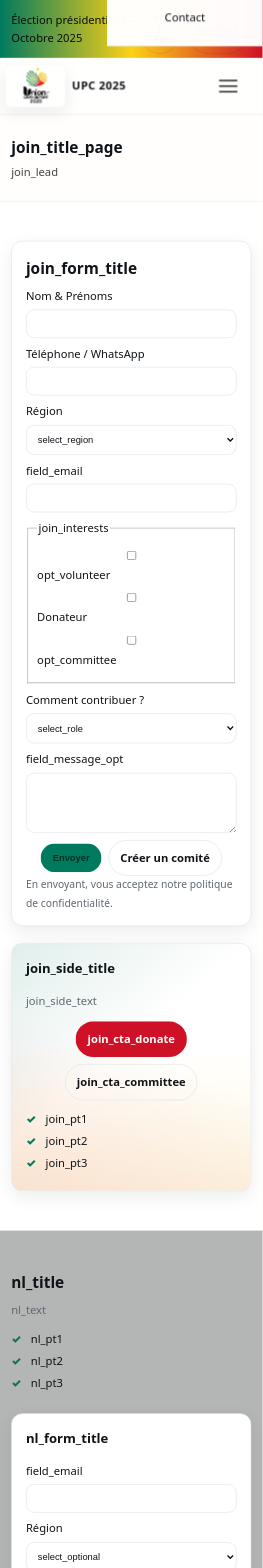
Repository: Kishny/upc2025
Page: participez.html
These files come from the project's save history. The page is drawn as it stood at one moment and after the next save; the edit follows.
The browser window is 375 px wide. The pictures show the part of the page from y = 0 to 2240 px (the page is 2693 px tall before and 2790 px after), at 70% of full size.

Above is the page before, as saved 2025-09-11 11:49:43.

### participez.html
<!DOCTYPE html>
<html lang="fr">
  <head>
    <meta charset="utf-8" />
    <meta name="viewport" content="width=device-width,initial-scale=1" />
    <title>Participez — UPC 2025</title>
    <meta
      name="description"
      content="Rejoignez la campagne : bénévolat, dons, comités de soutien. Inscrivez-vous à la newsletter pour recevoir les mises à jour."
    />
    <link rel="preload" href="assets/css/styles.css" as="style" />
    <link rel="stylesheet" href="assets/css/styles.css" />
    <link rel="icon" href="assets/img/logo.png" />
    <meta property="og:title" content="Participez — UPC 2025" />
    <meta
      property="og:description"
      content="Bénévolat, dons, comités de soutien et newsletter."
    />
    <meta name="theme-color" content="#007A5E" />
  </head>
  <body>
    <!-- Topbar -->
    <div class="topbar">
      <div class="container">
        <span class="topbar__msg" data-i18n="topbar_msg"
          >Élection présidentielle — Octobre 2025</span
        >
        <div class="topbar__actions">
          <button
            id="langToggle"
            class="btn btn--ghost"
            aria-label="Toggle language"
          >
            FR / EN
          </button>
          <a class="btn btn--ghost" href="contact.html" data-i18n="contact"
            >Contact</a
          >
        </div>
      </div>
    </div>

    <!-- Header -->
    <header class="header">
      <div class="container header__inner">
        <a href="index.html" class="brand">
          <img src="assets/img/logo.png" alt="UPC 2025" class="brand__logo" />
          <span class="brand__title">UPC 2025</span>
        </a>
        <nav id="nav" class="nav" aria-label="Navigation principale">
          <a href="a-propos.html" data-i18n="nav_about">À propos</a>
          <a href="programme.html" data-i18n="nav_program">Programme</a>
          <a href="documents-officiels.html" data-i18n="nav_docs"
            >Documents officiels</a
          >
          <a href="campagne-populaire.html" data-i18n="nav_campaign"
            >Campagne populaire</a
          >
          <a href="participez.html" class="active nav__cta" data-i18n="nav_join"
            >Participez</a
          >
          <a href="actualites-medias.html" data-i18n="nav_news_media"
            >Actualités / Médias</a
          >
          <a href="contact.html" data-i18n="contact">Contact</a>
        </nav>
        <button id="burger" class="burger" aria-label="Menu">
          <span></span><span></span><span></span>
        </button>
      </div>
    </header>

    <!-- Hero -->
    <section class="page-hero">
      <div class="container">
        <h1 data-i18n="join_title_page">Participez à la campagne</h1>
        <p class="page-hero__lead" data-i18n="join_lead">
          Devenez bénévole, soutenez financièrement, rejoignez ou créez un
          comité. Inscrivez-vous aussi à la newsletter.
        </p>
      </div>
    </section>

    <!-- Formulaire Adhésion -->
    <section class="section">
      <div class="container grid-2">
        <form id="form-adhesion" class="card" novalidate>
          <h2 data-i18n="join_form_title">Rejoindre la campagne</h2>

          <div class="form-row">
            <label>
              <span data-i18n="field_name">Nom & Prénoms</span>
              <input type="text" name="fullname" required />
            </label>
            <label>
              <span data-i18n="field_phone">Téléphone / WhatsApp</span>
              <input type="tel" name="phone" required />
            </label>
          </div>

          <div class="form-row">
            <label>
              <span data-i18n="field_region">Région</span>
              <select name="region" required>
                <option value="" selected disabled data-i18n="select_region">
                  — Sélectionner —
                </option>
                <option>Adamaoua</option>
                <option>Centre</option>
                <option>Est</option>
                <option>Extrême-Nord</option>
                <option>Littoral</option>
                <option>Nord</option>
                <option>Nord-Ouest</option>
                <option>Ouest</option>
                <option>Sud</option>
                <option>Sud-Ouest</option>
                <option>Diaspora</option>
              </select>
            </label>
            <label>
              <span data-i18n="field_email">Email</span>
              <input type="email" name="email" />
            </label>
          </div>

          <fieldset class="fieldset">
            <legend data-i18n="join_interests">
              Je souhaite contribuer via :
            </legend>
            <div class="checks">
              <label
                ><input type="checkbox" name="interest" value="benevolat" />
                <span data-i18n="opt_volunteer">Bénévolat</span></label
              >
              <label
                ><input type="checkbox" name="interest" value="don" />
                <span data-i18n="opt_donor">Don</span></label
              >
              <label
                ><input type="checkbox" name="interest" value="comite" />
                <span data-i18n="opt_committee">Comité de soutien</span></label
              >
            </div>
          </fieldset>

          <label>
            <span data-i18n="field_role">Comment contribuer ?</span>
            <select name="role" required>
              <option value="" selected disabled data-i18n="select_role">
                — Choisir —
              </option>
              <option data-i18n="opt_mobilize">Mobilisation</option>
              <option data-i18n="opt_comms">Communication</option>
              <option data-i18n="opt_vote">Contrôle du vote</option>
              <option data-i18n="opt_donor">Donateur</option>
              <option data-i18n="opt_influencer">Influence</option>
            </select>
          </label>

          <label>
            <span data-i18n="field_message_opt">Message (optionnel)</span>
            <textarea name="message" rows="4" placeholder=""></textarea>
          </label>

          <div class="form__alert" hidden></div>
          <div class="hero__cta">
            <button class="btn btn--primary" type="submit" data-i18n="btn_send">
              Envoyer
            </button>
            <a
              href="campagne-populaire.html#comite"
              class="btn btn--outline"
              data-i18n="cta_create_committee"
              >Créer un comité</a
            >
          </div>
          <small class="form__small" data-i18n="privacy_note"
            >En envoyant, vous acceptez notre politique de
            confidentialité.</small
          >
        </form>

        <!-- Bloc info/CTA dons & comités -->
        <div class="card gradient-cm">
          <h3 data-i18n="join_side_title">Soutenir & organiser</h3>
          <p data-i18n="join_side_text">
            Votre aide peut être bénévole, matérielle ou financière. Les comités
            locaux mènent l’action sur le terrain.
          </p>
          <div class="hero__cta">
            <a
              href="contact.html"
              class="btn btn--secondary"
              data-i18n="join_cta_donate"
              >Faire un don</a
            >
            <a
              href="campagne-populaire.html#comite"
              class="btn btn--outline"
              data-i18n="join_cta_committee"
              >Rejoindre / Créer un comité</a
            >
          </div>
          <ul class="checklist" style="margin-top: 14px">
            <li data-i18n="join_pt1">Formation express pour bénévoles</li>
            <li data-i18n="join_pt2">Kits de communication & mobilisation</li>
            <li data-i18n="join_pt3">Calendrier d’actions locales</li>
          </ul>
        </div>
      </div>
    </section>

    <!-- Newsletter -->
    <section class="section section--alt" id="newsletter">
      <div class="container grid-2">
        <div>
          <h2 data-i18n="nl_title">Newsletter UPC 2025</h2>
          <p data-i18n="nl_text">
            Recevez les mises à jour : actions, événements, documents et appels
            à mobilisation.
          </p>
          <ul class="checklist">
            <li data-i18n="nl_pt1">1 à 2 emails / mois</li>
            <li data-i18n="nl_pt2">Désinscription en un clic</li>
            <li data-i18n="nl_pt3">Aucune revente de données</li>
          </ul>
        </div>

        <form id="form-newsletter" class="card" novalidate>
          <h3 data-i18n="nl_form_title">S’inscrire à la newsletter</h3>
          <label>
            <span data-i18n="field_email">Email</span>
            <input type="email" name="email" required />
          </label>
          <label>
            <span data-i18n="field_region">Région (optionnel)</span>
            <select name="region">
              <option value="" selected data-i18n="select_optional">
                — Optionnel —
              </option>
              <option>Adamaoua</option>
              <option>Centre</option>
              <option>Est</option>
              <option>Extrême-Nord</option>
              <option>Littoral</option>
              <option>Nord</option>
              <option>Nord-Ouest</option>
              <option>Ouest</option>
              <option>Sud</option>
              <option>Sud-Ouest</option>
              <option>Diaspora</option>
            </select>
          </label>
          <label class="consent">
            <input type="checkbox" name="consent" required />
            <span data-i18n="nl_consent"
              >J’accepte de recevoir les emails d’information de l’UPC
              2025.</span
            >
          </label>

          <div class="form__alert" hidden></div>
          <div class="hero__cta">
            <button class="btn btn--primary" type="submit" data-i18n="nl_btn">
              S’inscrire
            </button>
          </div>
        </form>
      </div>
    </section>

    <!-- Navigation -->
    <section class="section">
      <div class="container hero__cta">
        <a href="index.html" class="btn btn--outline" data-i18n="back_home"
          >← Retour à l’accueil</a
        >
        <a
          href="campagne-populaire.html"
          class="btn btn--primary"
          data-i18n="nav_campaign"
          >Campagne populaire →</a
        >
      </div>
    </section>

    <!-- Footer -->
    <footer class="footer footer--solid">
      <div class="container footer__inner">
        <small
          >© <span id="year"></span> UPC 2025 —
          <span data-i18n="rights">Tous droits réservés.</span></small
        >
      </div>
    </footer>

    <script src="assets/js/app.js" defer></script>
  </body>
</html>

### assets/css/styles.css
/* =========
   PALETTE & TOKENS (LIGHT)
   ========= */
:root {
  /* Cameroun */
  --cm-green: #007a5e;
  --cm-red: #ce1126;
  --cm-yellow: #fcd116;

  /* Thème clair */
  --bg: #f7f7f4; /* blanc cassé */
  --surface: #ffffff; /* carte / section claire */
  --surface-2: #b4b5b5; /* alternance de section */
  --text: #101418; /* texte principal */
  --muted: #606872; /* texte secondaire */
  --border: #e3e6ea; /* traits & inputs */
  --radius: 16px;
  --shadow: 0 8px 24px rgba(16, 20, 24, 0.08);
}

/* =========
   RESET & LAYOUT
   ========= */
* {
  box-sizing: border-box;
}
html,
body {
  height: 100%;
}
body {
  margin: 0;
  font-family: system-ui, -apple-system, Segoe UI, Roboto, Inter, Arial,
    sans-serif;
  color: var(--text);
  background: var(--bg);
  line-height: 1.6;
  padding: 0;
}
h1,
h2,
h3,
p {
  margin-top: 0;
}
img {
  max-width: 100%;
  display: block;
}
a {
  color: inherit;
  text-decoration: none;
}

.container {
  max-width: 1120px;
  margin-inline: auto;
  padding: 0 16px;
}
.grid-2 {
  display: grid;
  gap: 24px;
  grid-template-columns: 1.1fr 0.9fr;
}
@media (max-width: 900px) {
  .grid-2 {
    grid-template-columns: 1fr;
  }
}

/* =========
   TOPBAR & BOUTONS
   ========= */
.topbar {
  background: linear-gradient(
    90deg,
    var(--cm-green),
    var(--cm-yellow),
    var(--cm-red)
  );
  color: #0b0e0c;
}
.topbar .container {
  display: flex;
  align-items: center;
  justify-content: space-between;
  padding: 6px 16px;
}
.topbar__actions {
  display: flex;
  gap: 8px;
}

.btn {
  display: inline-flex;
  align-items: center;
  justify-content: center;
  gap: 0.5rem;
  padding: 0.75rem 1rem;
  border-radius: 999px;
  border: 1px solid transparent;
  cursor: pointer;
  font-weight: 700;
  transition: 0.2s;
}
.btn--primary {
  background: var(--cm-green);
  color: #032;
  border-color: transparent;
}
.btn--primary:hover {
  filter: brightness(1.05);
}
.btn--secondary {
  background: var(--cm-red);
  color: #fff;
}
.btn--secondary:hover {
  filter: brightness(1.05);
}
.btn--outline {
  background: transparent;
  color: var(--text);
  border-color: var(--border);
}
.btn--outline:hover {
  border-color: var(--cm-yellow);
  color: var(--cm-yellow);
}
.btn--ghost {
  background: transparent;
  color: #111;
  border: 1px solid rgba(0, 0, 0, 0.12);
}

/* =========
   HEADER (logo + à gauche, nav + à droite, plein écran)
   ========= */
.header {
  position: sticky;
  top: 0;
  z-index: 100;
  background: rgba(255, 255, 255, 0.92);
  backdrop-filter: saturate(140%) blur(10px);
  border-bottom: 1px solid var(--border);
}

/* ⚠️ On neutralise le max-width de .container dans le header uniquement */
.header > .container {
  max-width: none; /* plein écran */
  width: 100%;
  padding-inline: clamp(8px, 2vw, 24px); /* bordure fine gauche/droite */
}

.header__inner {
  display: grid;
  grid-template-columns: auto 1fr auto; /* brand | espace | burger (ou rien) */
  align-items: center;
  column-gap: 20px;
  padding: 10px 0;
}

/* Brand : collé à gauche, ne rétrécit pas */
.brand {
  display: flex;
  align-items: center;
  gap: 10px;
  justify-self: start; /* colle à gauche */
  flex-shrink: 0;
}
.brand__logo {
  height: clamp(60px, 8vw, 84px);
  width: auto;
  border-radius: 8px;
  box-shadow: var(--shadow);
}
.brand__title {
  font-weight: 800;
  letter-spacing: 0.5px;
  white-space: nowrap;
}

/* Nav : poussée complètement à droite */
.nav {
  display: flex;
  align-items: center;
  gap: 18px;
  justify-self: end; /* colle à droite */
  margin-left: auto; /* pousse depuis la brand */
  flex-wrap: nowrap;
  min-width: 0;
}
.nav a {
  padding: 8px 12px;
  border-radius: 999px;
  white-space: nowrap;
  word-break: keep-all;
}
.nav a:hover,
.nav a.active {
  background: var(--surface-2);
}

.nav__cta {
  background: var(--cm-yellow);
  color: #111;
  font-weight: 800;
}
.nav__cta:hover {
  filter: brightness(1.05);
}

/* Burger */
.burger {
  display: none;
  background: transparent;
  border: 0;
  padding: 8px;
  justify-self: end; /* aligne le burger à droite quand visible */
}
.burger span {
  display: block;
  width: 26px;
  height: 2px;
  background: #111;
  margin: 6px 0;
  transition: 0.2s;
}

/* Confort : si ça serre un peu avant le breakpoint, autorise un léger scroll */
@media (min-width: 901px) {
  .nav {
    overflow-x: auto;
  }
  .nav::-webkit-scrollbar {
    display: none;
  }
}

/* Mobile */
@media (max-width: 900px) {
  .nav {
    position: fixed;
    inset: 64px 0 auto 0;
    transform: translateY(-120%);
    background: rgba(255, 255, 255, 0.98);
    border-bottom: 1px solid var(--border);
    padding: 20px;
    flex-direction: column;
    gap: 12px;
  }
  .nav.open {
    transform: translateY(0);
  }
  .burger {
    display: block;
  }
}

/* =========
   HERO (compact, centré, lisible)
   ========= */
.hero {
  position: relative;
  min-height: clamp(200px, 40vh, 480px); /* réduit la hauteur */
  display: flex;
  flex-direction: column;
  justify-content: center; /* centre verticalement */
  align-items: center; /* centre horizontalement */
  text-align: center;
  gap: 12px; /* espace plus serré entre les blocs */
  padding: 16px 12px; /* marges internes plus petites */
  margin-top: 0;
  background: linear-gradient(180deg, #47bba0, #0a604c);
  color: #f4f6f8;
}

@media (min-width: 1200px) {
  .hero {
    min-height: clamp(280px, 45vh, 520px); /* compact aussi sur desktop */
  }
}

.hero h1,
.hero h2,
.hero p {
  margin-top: 0;
  margin-bottom: 6px; /* espace minimal sous chaque texte */
}

.hero__title {
  font-size: clamp(24px, 4vw, 42px); /* taille de titre réduite */
  font-weight: 900;
}

.hero__subtitle {
  font-size: clamp(14px, 2vw, 18px);
  color: rgba(255, 255, 255, 0.82);
}

.hero__cta {
  display: flex;
  justify-content: center;
  align-items: center;
  gap: 10px;
  flex-wrap: wrap;
  margin-top: 8px; /* moins d’espace avant les boutons */
}

/* =========
   CANDIDATE (2 colonnes, visuel + vision)
   ========= */
.candidate {
  display: grid;
  grid-template-columns: 0.9fr 1.1fr;
  gap: 24px;
  align-items: center;
}

.candidate__photo {
  overflow: hidden;
  padding: 0;
}
.candidate__photo img {
  width: 100%;
  height: auto;
  display: block;
  border-radius: var(--radius);
  border: 1px solid var(--border);
  box-shadow: var(--shadow);
}
.candidate__photo figcaption {
  font-size: 0.9rem;
  color: var(--muted);
  padding: 10px 12px 12px;
}

.candidate__content h2 {
  margin: 0 0 10px;
  font-size: clamp(22px, 3.2vw, 32px);
}
.candidate__intro {
  margin: 0 0 10px;
  color: var(--muted);
}

.candidate__quote {
  margin: 14px 0 12px;
  padding: 12px 14px;
  border-radius: 12px;
  border: 1px solid var(--border);
  background: linear-gradient(
    90deg,
    rgba(0, 122, 94, 0.12),
    rgba(252, 209, 22, 0.12),
    rgba(206, 17, 38, 0.12)
  );
  font-style: italic;
}

.candidate__cta {
  margin-top: 10px;
  display: flex;
  flex-wrap: wrap;
  gap: 10px;
}

/* Responsive */
@media (max-width: 900px) {
  .candidate {
    grid-template-columns: 1fr;
  }
}

/* =========
   SECTIONS PROGRAMME(sur fond clair)
   ========= */
.section {
  padding: 56px 0;
  background: var(--surface);
}
.section--alt {
  background: var(--surface-2);
}
.section h2 {
  margin: 0 0 10px;
  font-size: clamp(22px, 3.5vw, 32px);
  color: var(--text);
}
.section p {
  color: var(--muted);
}

/* Cartes */
.card {
  background: #fff;
  border: 1px solid var(--border);
  border-radius: var(--radius);
  padding: 20px;
  box-shadow: var(--shadow);
}
.gradient-cm {
  background: linear-gradient(140deg, rgba(0, 122, 94, 0.12), transparent 45%),
    linear-gradient(20deg, rgba(206, 17, 38, 0.1), transparent 55%),
    linear-gradient(0deg, rgba(252, 209, 22, 0.12), transparent 60%);
}
/* Programme : grille 2 colonnes (présentation | axes) */
.program__grid {
  display: grid;
  grid-template-columns: 1.05fr 0.95fr;
  gap: 24px;
  align-items: start;
}
@media (max-width: 900px) {
  .program__grid {
    grid-template-columns: 1fr;
  }
}

/* Liste des axes */
.axis-list {
  display: grid;
  gap: 14px;
}
.axis-item {
  background: var(--surface);
  border: 1px solid var(--border);
  border-radius: var(--radius);
  padding: 16px 16px 14px;
  box-shadow: var(--shadow);
  transition: transform 0.2s ease, box-shadow 0.2s ease, border-color 0.2s ease;
}
.axis-item:hover {
  transform: translateY(-2px);
  border-color: rgba(255, 255, 255, 0.18);
  box-shadow: 0 12px 24px rgba(0, 0, 0, 0.25);
}
.axis-item h3 {
  display: flex;
  align-items: center;
  gap: 10px;
  margin: 0 0 6px;
  font-size: clamp(16px, 2.4vw, 18px);
}
.axis-item p {
  margin: 0;
  color: var(--muted);
}

/* Pastilles couleur 🇨🇲 */
.axis-dot {
  width: 10px;
  height: 10px;
  border-radius: 50%;
  display: inline-block;
  box-shadow: 0 0 0 3px rgba(255, 255, 255, 0.06) inset;
}
.axis--green {
  background: var(--cm-green);
}
.axis--red {
  background: var(--cm-red);
}
.axis--yellow {
  background: var(--cm-yellow);
}

/* Harmonise la carte de gauche au même rythme visuel */
#programme .card h2 {
  margin: 0 0 8px;
}
#programme .card p {
  margin: 0 0 8px;
}
#programme .checklist {
  margin-top: 10px;
}

/* Listes */
.checklist {
  list-style: none;
  padding: 0;
  margin: 12px 0 0;
}
.checklist li {
  padding-left: 28px;
  position: relative;
  margin: 6px 0;
  color: var(--text);
}
.checklist li::before {
  content: "✓";
  position: absolute;
  left: 0;
  top: 0;
  color: var(--cm-green);
  font-weight: 900;
}

/* Grilles */
.cards {
  display: grid;
  gap: 16px;
  grid-template-columns: repeat(3, 1fr);
}
@media (max-width: 900px) {
  .cards {
    grid-template-columns: 1fr;
  }
}
.card.doc:hover {
  border-color: var(--cm-yellow);
}
.card.news h3 {
  margin: 0 0 6px;
}

/* Candidat */
.candidate__photo img {
  border-radius: var(--radius);
  border: 1px solid var(--border);
  box-shadow: var(--shadow);
}

/* =========
   GALERIE
   ========= */
.gallery {
  display: grid;
  grid-template-columns: repeat(auto-fit, minmax(280px, 1fr));
  gap: 12px;
  justify-items: center;
}
.gallery img {
  width: 100%;
  max-width: 340px;
  border-radius: 12px;
  border: 1px solid var(--border);
  box-shadow: 0 6px 18px rgba(16, 20, 24, 0.1);
  object-fit: cover;
  transition: transform 0.3s ease, box-shadow 0.3s ease;
  cursor: default;
}
.gallery img:hover {
  transform: scale(1.05) translateY(-5px);
  box-shadow: 0 12px 28px rgba(16, 20, 24, 0.18);
}

/* =========
   FORMULAIRES (clair)
   ========= */
form label {
  display: grid;
  gap: 6px;
  margin: 10px 0;
}
input,
select,
textarea {
  background: #fff;
  border: 1px solid var(--border);
  color: var(--text);
  border-radius: 12px;
  padding: 12px;
  outline: none;
}
input:focus,
select:focus,
textarea:focus {
  border-color: var(--cm-green);
  box-shadow: 0 0 0 3px rgba(0, 122, 94, 0.12);
}
.form__small {
  color: var(--muted);
  font-size: 0.92rem;
  margin-top: 8px;
}
.form__alert {
  margin-top: 10px;
  padding: 10px;
  border-radius: 10px;
  border: 1px solid var(--border);
  background: #fff;
  color: var(--text);
}

/* =========
   À PROPOS
   ========= */
/* En-tête de page compacte */
.page-hero {
  background: #fffefc; /* blanc cassé */
  border-bottom: 1px solid var(--border);
  padding: 28px 0;
}
.page-hero h1 {
  margin: 0 0 6px;
  font-size: clamp(22px, 3vw, 32px);
}
.page-hero__lead {
  color: #444;
  margin: 0;
}

/* Timeline simple */
.timeline {
  list-style: none;
  margin: 0;
  padding: 0 0 0 8px;
  border-left: 3px solid rgba(0, 0, 0, 0.08);
}
.timeline li {
  position: relative;
  padding: 12px 0 12px 16px;
}
.timeline .dot {
  position: absolute;
  left: -8px;
  top: 18px;
  width: 12px;
  height: 12px;
  border-radius: 50%;
  background: var(--cm-green);
  box-shadow: 0 0 0 4px rgba(0, 122, 94, 0.15);
}
.timeline .content h3 {
  margin: 0 0 4px;
  color: var(--cm-red);
}
.timeline .content p {
  margin: 0;
  color: #333;
}

/* =========
   PROGRAMME
   ========= */
/* Grille des axes */
.axes {
  display: grid;
  grid-template-columns: repeat(2, minmax(260px, 1fr));
  gap: 16px;
}
@media (max-width: 900px) {
  .axes {
    grid-template-columns: 1fr;
  }
}

.axis h3 {
  margin: 0 0 6px;
}
.axis p {
  margin: 0 0 10px;
  color: #333;
}

/* Petit tag coloré (🇨🇲) */
.axis__tag {
  display: inline-block;
  font-size: 0.8rem;
  font-weight: 800;
  letter-spacing: 0.02em;
  padding: 4px 10px;
  border-radius: 999px;
  border: 1px solid rgba(0, 0, 0, 0.08);
  margin-bottom: 8px;
}
.axis__tag--green {
  background: rgba(0, 122, 94, 0.12);
}
.axis__tag--red {
  background: rgba(206, 17, 38, 0.12);
}
.axis__tag--yellow {
  background: rgba(252, 209, 22, 0.18);
}

/* En-tête de page (cohérence avec À propos) */
.page-hero {
  background: #fffefc;
  border-bottom: 1px solid var(--border);
  padding: 28px 0;
}
.page-hero h1 {
  margin: 0 0 6px;
  font-size: clamp(22px, 3vw, 32px);
}
.page-hero__lead {
  color: #444;
  margin: 0;
}

/* =========
   DOCUMENTS
   ========= */
/* Filtres documents */
.doc-filters {
  display: grid;
  grid-template-columns: 1fr auto;
  gap: 12px;
  align-items: center;
}
.doc-filters__btns {
  display: flex;
  gap: 8px;
  flex-wrap: wrap;
}
.doc-filters__search {
  padding: 10px 12px;
  border-radius: 12px;
  border: 1px solid var(--border);
  outline: none;
  width: min(320px, 100%);
}
.doc-filters .active {
  border-color: var(--cm-green);
  color: var(--cm-green);
}

/* Cartes documents (réutilise .card, .cards existants) */
.doc h3 {
  margin: 0 0 6px;
}
.doc__meta {
  color: #555;
  margin: 0 0 10px;
  font-size: 0.95rem;
}

/* =========
   CAMPAGNE POPULAIRE
   ========= */
/* Stats petites cartes */
.stats {
  display: grid;
  grid-template-columns: repeat(3, minmax(100px, 1fr));
  gap: 12px;
}
.stat {
  text-align: center;
  background: rgba(0, 0, 0, 0.03);
  border: 1px solid var(--border);
  border-radius: 12px;
  padding: 14px;
}
.stat__value {
  font-weight: 900;
  font-size: 1.2rem;
}
.stat__label {
  color: #555;
}

/* Grille outils */
.tools-grid {
  display: grid;
  grid-template-columns: repeat(4, minmax(220px, 1fr));
  gap: 16px;
}
@media (max-width: 1100px) {
  .tools-grid {
    grid-template-columns: repeat(2, 1fr);
  }
}
@media (max-width: 600px) {
  .tools-grid {
    grid-template-columns: 1fr;
  }
}

.badge {
  display: inline-block;
  padding: 4px 10px;
  border-radius: 999px;
  border: 1px solid rgba(0, 0, 0, 0.08);
  margin-bottom: 8px;
  font-weight: 800;
  background: rgba(252, 209, 22, 0.18); /* touche 🇨🇲 */
}

/* =========
   FOOTER (noir conservé)
   ========= */
/* Footer style "clean" (fond clair, lignes, centré) */
.footer--clean {
  background: #f2f3f4; /* fond clair proche de ta capture */
  border-top: 1px solid rgba(0, 0, 0, 0.06);
  color: #1d2125;
}
.footer--clean .footer__wrap {
  padding: 44px 16px 36px;
  display: flex;
  flex-direction: column;
  align-items: center;
  gap: 16px;
  text-align: center;
}

.footer--clean .footer__logo {
  width: 78px;
  height: auto;
  border-radius: 16px;
  box-shadow: 0 10px 26px rgba(0, 0, 0, 0.12);
}

.footer--clean .footer__titleline {
  display: grid;
  grid-auto-flow: column;
  align-items: center;
  gap: 14px;
}
.footer--clean .footer__title {
  margin: 0;
  font-size: clamp(16px, 2.6vw, 20px);
  letter-spacing: 0.06em;
  font-weight: 800;
  color: var(--cm-red);
}
.footer--clean .footer__line {
  height: 2px;
  width: min(160px, 24vw);
  background: var(--cm-red);
  opacity: 0.7;
}

.footer--clean .footer__socials {
  display: flex;
  gap: 12px;
  list-style: none;
  padding: 0;
  margin: 6px 0 8px;
}
.footer--clean .sbtn {
  display: grid;
  place-items: center;
  width: 40px;
  height: 40px;
  border-radius: 999px;
  background: #fff;
  color: #222;
  border: 1px solid rgba(0, 0, 0, 0.08);
  box-shadow: 0 6px 16px rgba(0, 0, 0, 0.12);
  transition: transform 0.2s ease, box-shadow 0.2s ease;
}
.footer--clean .sbtn:hover {
  transform: translateY(-3px);
  box-shadow: 0 12px 26px rgba(0, 0, 0, 0.18);
}

.footer--clean .footer__nav {
  display: flex;
  flex-wrap: wrap;
  justify-content: center;
  gap: 18px;
  margin: 8px 0 0;
}
.footer--clean .footer__nav a {
  font-weight: 700;
  letter-spacing: 0.04em;
  text-transform: uppercase;
  font-size: 0.9rem;
  color: #2a2f34;
}
.footer--clean .footer__nav a:hover {
  text-decoration: underline;
}

.footer--clean .footer__copy {
  margin-top: 6px;
  color: #555;
  font-size: 0.9rem;
}

/* Mobile */
@media (max-width: 600px) {
  .footer--clean .footer__line {
    width: 90px;
  }
}

Loaded but not shown: assets/js/app.js (756 lines, source omitted)

After the next save:
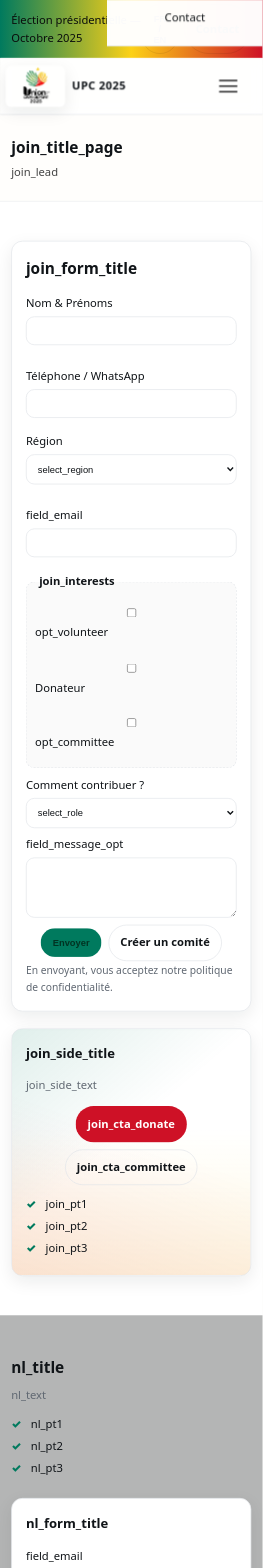
Saved 2 min 51 s later.
--- a/assets/css/styles.css
+++ b/assets/css/styles.css
@@ -778,6 +778,50 @@ textarea:focus {
   font-weight: 800;
   background: rgba(252, 209, 22, 0.18); /* touche 🇨🇲 */
 }
+/* =========
+   PARTICIPEZ
+   ========= */
+/* Mise en colonnes des champs */
+.form-row {
+  display: grid;
+  grid-template-columns: 1fr 1fr;
+  gap: 12px;
+}
+@media (max-width: 700px) {
+  .form-row {
+    grid-template-columns: 1fr;
+  }
+}
+
+.fieldset {
+  margin: 12px 0;
+  border: 1px dashed var(--border);
+  border-radius: 12px;
+  padding: 12px;
+  background: rgba(0, 0, 0, 0.02);
+}
+.fieldset legend {
+  font-weight: 800;
+  padding: 0 6px;
+}
+
+.checks {
+  display: grid;
+  gap: 8px;
+  grid-template-columns: repeat(2, minmax(140px, 1fr));
+}
+@media (max-width: 600px) {
+  .checks {
+    grid-template-columns: 1fr;
+  }
+}
+
+.consent {
+  display: grid;
+  grid-template-columns: 20px 1fr;
+  align-items: start;
+  gap: 10px;
+}
 
 /* =========
    FOOTER (noir conservé)
